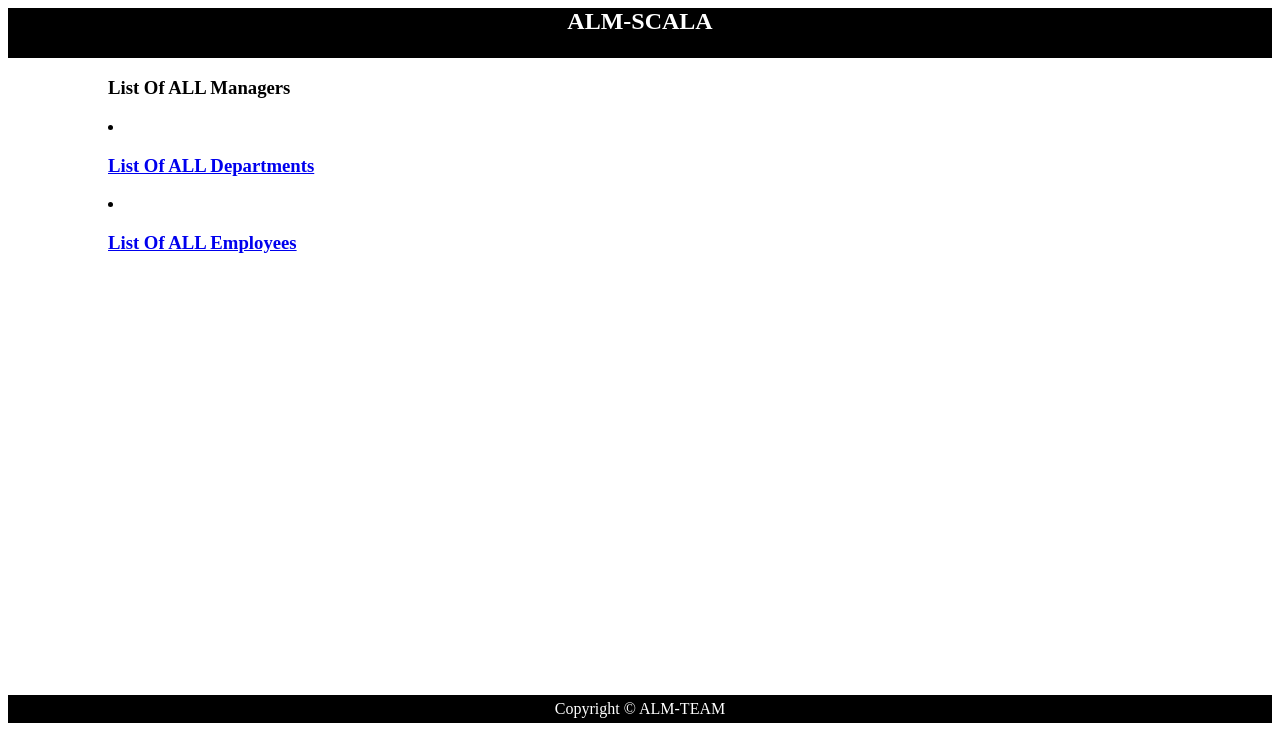
Repository: sumitkum200690/PLAY_SLICK
Page: Play_DB/app/views/index.scala.html
An editor plug-in stored every save of this project. The page is shown before and after the next save, followed by the edit.
The browser window is 1280 px wide. The pictures show the whole page.

Above is the page before, as saved 2015-09-25 10:42:15.

After the next save:
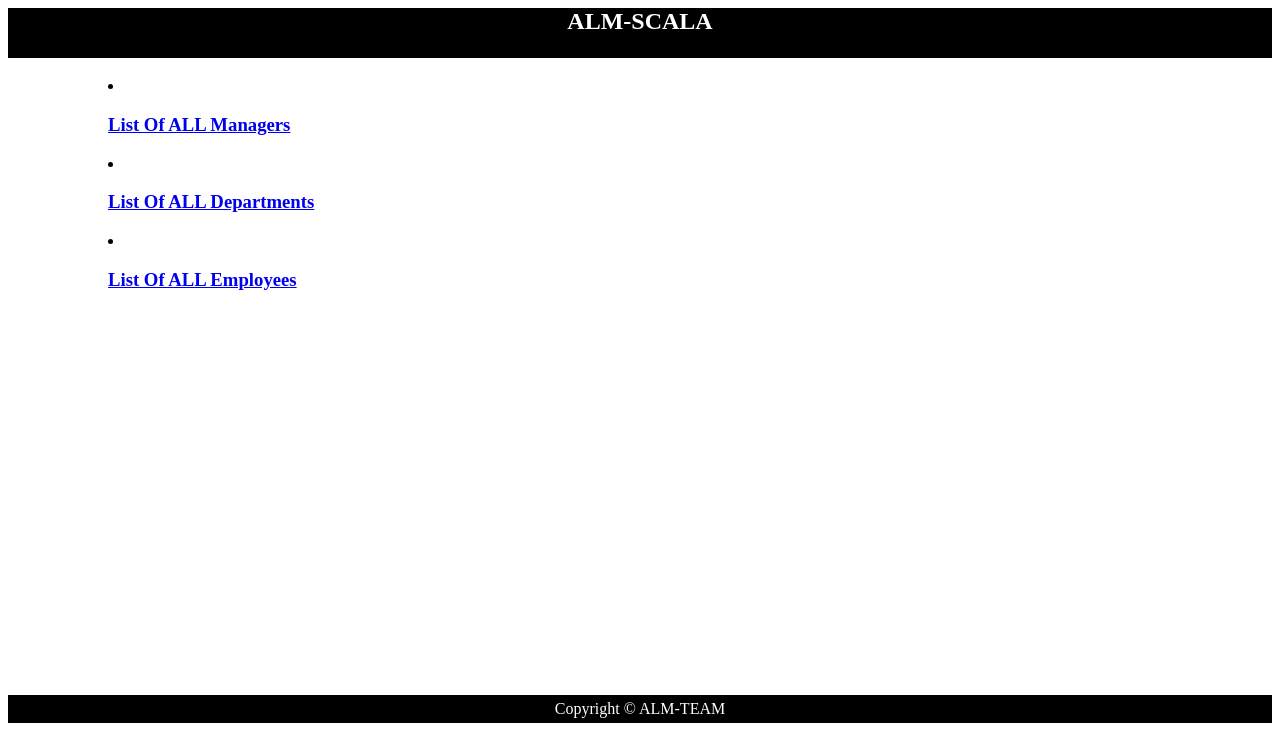
Saved 24 s later.
--- a/Play_DB/app/views/index.scala.html
+++ b/Play_DB/app/views/index.scala.html
@@ -121,7 +121,7 @@
 
 
 <ul>
-
+	 <li><a href=""><h3><b></b></h3></a></li>
 	 	 <li><a href="@routes.Application.allManagers"><h3><b>List Of ALL Managers</b></h3></a></li>
 
 	 <li><a href="@routes.Application.allDepartments"><h3><b>List Of ALL Departments</b></h3></a></li>
